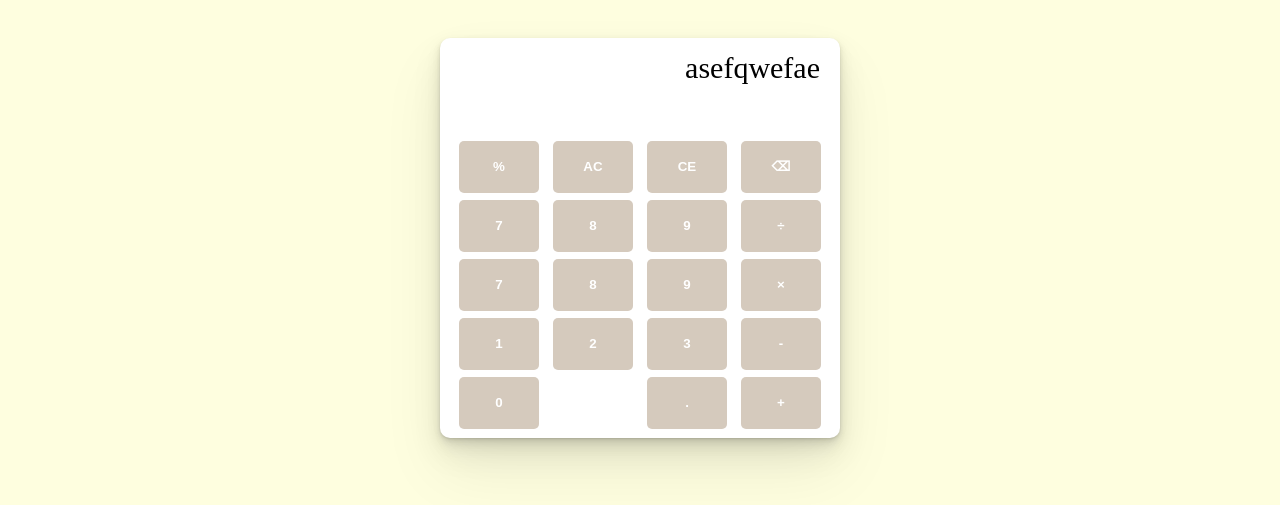
Repository: JeongminHW/Web_study
Page: HTML/myHTML/src/main/webapp/project/calculator.html
An editor plug-in stored every save of this project. The page is shown before and after the next save, followed by the edit.
The browser window is 1280 px wide. The pictures show the whole page.

Above is the page before, as saved 2024-07-12 05:08:59.

After the next save:
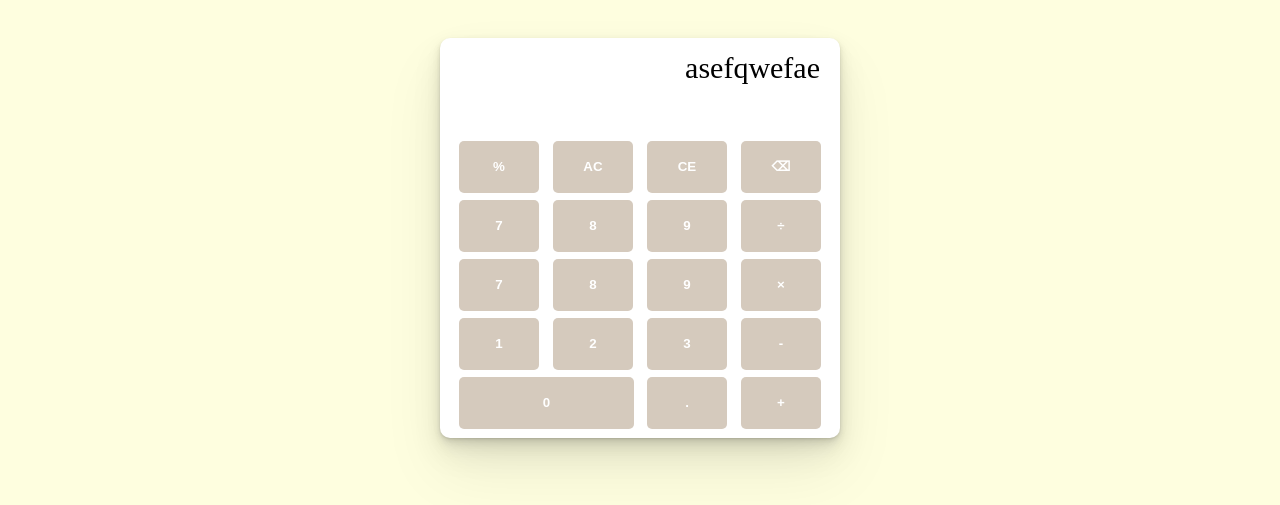
Saved 21 s later.
--- a/HTML/myHTML/src/main/webapp/project/calculator.html
+++ b/HTML/myHTML/src/main/webapp/project/calculator.html
@@ -37,7 +37,7 @@
 				<td class="arg"><input class="btn" type="button" value="-"></td>
 			</tr>
 			<tr>
-				<td class="arg"  colspan="2"><input class="btn" type="button" value="0"></td>
+				<td class="arg"  colspan="2"><input class="btn" type="button" id="zero" value="0"></td>
 				<td class="arg"><input class="btn" type="button" value="."></td>
 				<td class="arg"><input class="btn" type="button" value="+"></td>
 			</tr>
